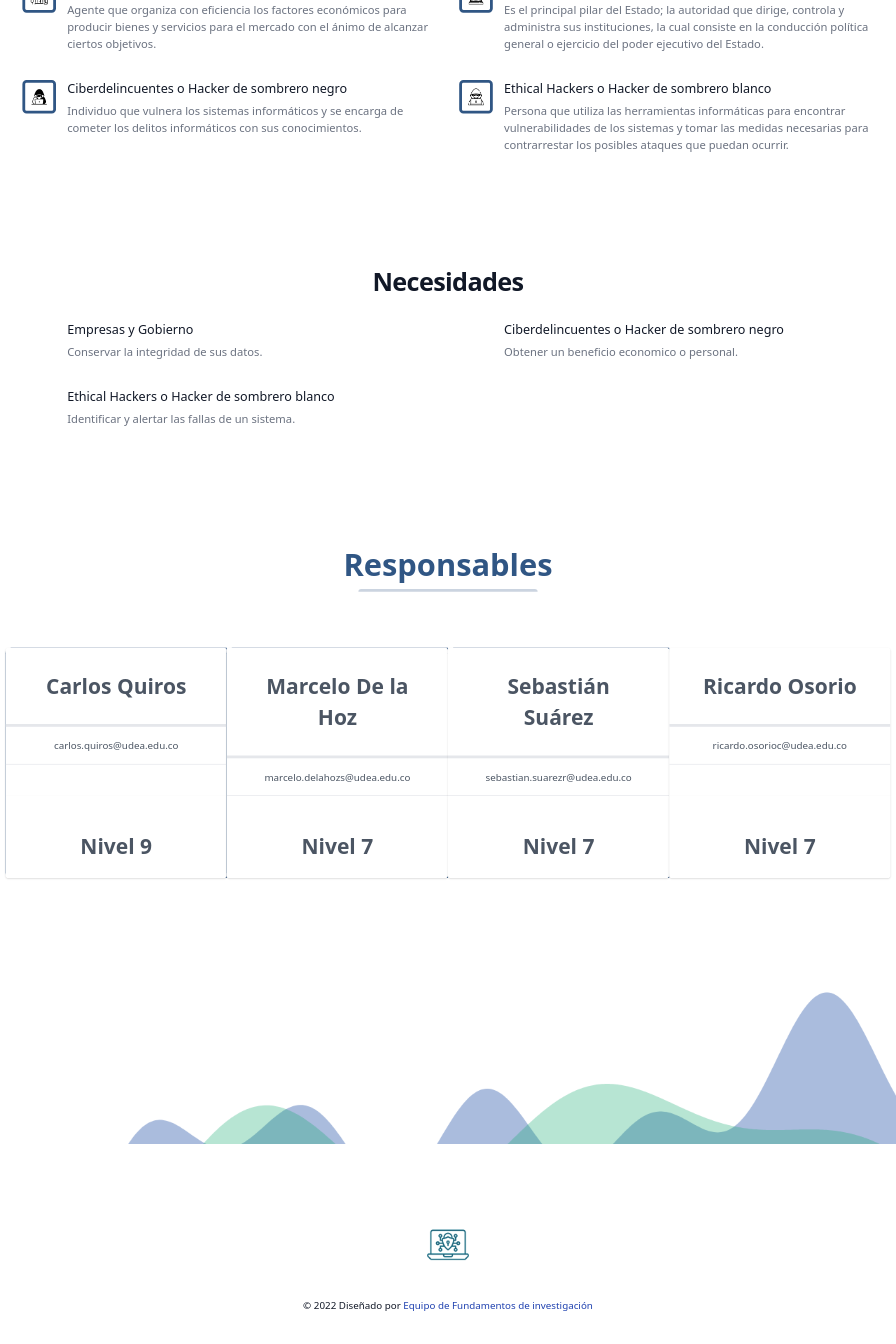
Repository: cardacar/fdi-2022
Page: /
The author's editor kept a copy of each file at every save. The page is drawn from the files as they stood at one save, then again after the next save.
The browser window is 1280 px wide. The pictures show the part of the page from y = 3186 to 5106 px (the page is 5106 px tall before and 5042 px after), at 70% of full size.
The project was rebuilt for these pictures with package versions that can differ from the ones it lists, and the page was loaded fresh each time. The framework's server and built-in components were replaced by stand-ins that run in the browser. Also part of the build but not shown: next.config.js.

Above is the page before, as saved 2022-08-07 16:13:25.

### src/pages/index.tsx
import React from 'react';

import About from '../components/About';
import Canvas from '../components/Canvas';
import Features from '../components/Features';
import Header from '../components/Header';
import LazyShow from '../components/LazyShow';
import MainHero from '../components/MainHero';
import MainHeroImage from '../components/MainHeroImage';
import Pricing from '../components/Pricing';
import Product from '../components/Product';
import Necesidad from '../components/Necesidad';

const App = () => {
  return (
    <div className={`bg-background grid gap-y-16 overflow-hidden`}>
      <div className={`relative bg-background`}>
        <div className="max-w-7xl mx-auto">
          <div
            className={`relative z-10 pb-8 bg-background sm:pb-16 md:pb-20 lg:max-w-2xl lg:w-full lg:pb-28 xl:pb-32`}
          >
            <Header />
            <MainHero />
          </div>
        </div>
        <MainHeroImage />
      </div>
      <Canvas />
      <LazyShow>
        <>
          <Product />
          <Canvas />
        </>
      </LazyShow>
      <LazyShow>
        <>
          <Features />

        </>
      </LazyShow>
      <LazyShow>
        <>
          <Necesidad />

        </>
      </LazyShow>

      <LazyShow>
        <Pricing />

      </LazyShow>
          <Canvas />
      <LazyShow>
        <>
          <About />
        </>
      </LazyShow>
    </div>
  );
};

export default App;

### src/styles/main.css
@tailwind base;
@tailwind components;
@tailwind utilities;


:root {
  --color-primary: #11626D;
  --color-secondary: #1F9BAD;
  --color-tertiaty: #99a0a3;
}

a {
  @apply text-blue-800;
}

a:hover {
  @apply border-b-2 border-blue-900;
}



.content p {
  @apply my-6;
}

.content ul {
  @apply my-6;
}

### src/utils/AppConfig.ts
export const AppConfig = {
  site_name: 'FDICIA',
  title: 'Cómo influye la Inteligencia Artificial a la ciberseguridad en las empresas Colombianas',
  description: '',
  locale: 'es',
};

### src/components/About.tsx
import React from 'react';

import config from '../config/index.json';

const About = () => {
  const { company } = config;
  const { logo, name: companyName } = company;


  return (
    <div
      id="about"
      className="mx-auto container xl:px-20 lg:px-12 sm:px-6 px-4 py-12"
    >
      <div className="flex flex-col items-center justify-center">
        <div>
          <img src={logo} alt={companyName} className="w-16 h-16" style={{color: 'red'}}/>
        </div>
        <div className="flex items-center mt-6">
          <p className="mt-6 text-xs lg:text-sm leading-none text-gray-900 dark:text-gray-50">
            &copy; {new Date().getFullYear()} Diseñado por{' '}
            <a href="#" rel="nofollow">
              Equipo de Fundamentos de investigación
            </a>
          </p>
        </div>
      </div>
    </div>
  );
};
export default About;

### src/components/Canvas.tsx
import { useRef, FC, useEffect, useState } from 'react';

import { CanvasContext } from '../hooks/useCanvas';
import useResponsiveSize from '../hooks/useResponsiveSize';
import Wave from './Wave';

const Canvas: FC = () => {
  const canvasRef = useRef<HTMLCanvasElement>(null);
  const { width } = useResponsiveSize();
  const [context, setContext] = useState<
    CanvasRenderingContext2D | undefined
  >();

  useEffect(() => {
    const ctx = canvasRef?.current?.getContext('2d');
    if (ctx) setContext(ctx);
  }, []);

  return (
    <>
      <CanvasContext.Provider value={{ context }}>
        <canvas id="canvas" ref={canvasRef} width={width} height={220}></canvas>
        <Wave />
      </CanvasContext.Provider>
    </>
  );
};

export default Canvas;

### src/components/Features.tsx
import React from 'react';

import config from '../config/index.json';

const Features = () => {
  const { features } = config;
  const { title, subtitle, description, items: featuresList } = features;
  return (
    <div className={`py-12 bg-background`} id="features">
      <div className="max-w-7xl mx-auto px-4 sm:px-6 lg:px-8">
        <div className="lg:text-center">
          <h2
            className={`text-base text-primary font-semibold tracking-wide uppercase`}
          >
            {title}
          </h2>
          <p className="mt-2 text-3xl leading-8 font-extrabold tracking-tight text-gray-900 sm:text-4xl">
            {subtitle}
          </p>
          <p className="mt-4 max-w-2xl text-xl text-gray-500 lg:mx-auto">
            {description}
          </p>
        </div>

        <div className="mt-10">
          <dl className="space-y-10 md:space-y-0 md:grid md:grid-cols-2 md:gap-x-8 md:gap-y-10">
            {featuresList.map((feature) => (
              <div key={feature.name} className="relative">
                <dt>
                  <div
                    className={`absolute flex items-center justify-center h-12 w-12 rounded-md bg-background text-tertiary border-primary border-4`}
                  >
                    <img
                      className={`inline-block h-6 w-6`}
                      src={feature.icon}
                      alt={feature.name}
                    />
                  </div>
                  <p className="ml-16 text-lg leading-6 font-medium text-gray-900">
                    {feature.name}
                  </p>
                </dt>
                <dd className="mt-2 ml-16 text-base text-gray-500">
                  {feature.description}
                </dd>
              </div>
            ))}
          </dl>
        </div>
      </div>
    </div>
  );
};

export default Features;

### src/components/Header.tsx
import React, { Fragment } from 'react';

import { Popover, Transition } from '@headlessui/react';
import { MenuIcon, XIcon } from '@heroicons/react/outline';
import { Link } from 'react-scroll';

import config from '../config/index.json';

const Menu = () => {
  const { navigation, company } = config;
  const { name: companyName, logo } = company;

  return (
    <>
      <svg
        className={`hidden lg:block absolute right-0 inset-y-0 h-full w-48 text-background transform translate-x-1/2`}
        fill="currentColor"
        viewBox="0 0 100 100"
        preserveAspectRatio="none"
        aria-hidden="true"
      >
        <polygon points="50,0 100,0 50,100 0,100" />
      </svg>

      <Popover>
        <div className="relative pt-6 px-4 sm:px-6 lg:px-8">
          <nav
            className="relative flex items-center justify-between sm:h-10 lg:justify-start"
            aria-label="Global"
          >
            <div className="flex items-center flex-grow flex-shrink-0 lg:flex-grow-0">
              <div className="flex items-center justify-between w-full md:w-auto">
                <a href="#">
                  <span className="sr-only">{companyName}</span>
                  <img alt="logo" className="h-16 w-auto sm:h-16" src={logo} />
                </a>
                <div className="-mr-2 flex items-center md:hidden">
                  <Popover.Button
                    className={`bg-background rounded-md p-2 inline-flex items-center justify-center text-gray-400 hover:text-gray-500 hover:bg-gray-100 focus:outline-none focus:ring-2 focus:ring-inset focus:ring-secondary`}
                  >
                    <span className="sr-only">Open main menu</span>
                    <MenuIcon className="h-6 w-6" aria-hidden="true" />
                  </Popover.Button>
                </div>
              </div>
            </div>
            <div className="hidden md:block md:ml-10 md:pr-4 md:space-x-8">
              {navigation.map((item) => (
                <Link
                  spy={true}
                  active="active"
                  smooth={true}
                  duration={1000}
                  key={item.name}
                  to={item.href}
                  className="font-medium text-gray-500 hover:text-gray-900"
                >
                  {item.name}
                </Link>
              ))}
            </div>
          </nav>
        </div>

        <Transition
          as={Fragment}
          enter="duration-150 ease-out"
          enterFrom="opacity-0 scale-95"
          enterTo="opacity-100 scale-100"
          leave="duration-100 ease-in"
          leaveFrom="opacity-100 scale-100"
          leaveTo="opacity-0 scale-95"
        >
          <Popover.Panel
            focus
            className="absolute z-10 top-0 inset-x-0 p-2 transition transform origin-top-right md:hidden"
          >
            <div
              className={`rounded-lg shadow-md bg-background ring-1 ring-black ring-opacity-5 overflow-hidden`}
            >
              <div className="px-5 pt-4 flex items-center justify-between">
                <div>
                  <img className="h-8 w-auto" src={logo} alt="" />
                </div>
                <div className="-mr-2">
                  <Popover.Button
                    className={`bg-background rounded-md p-2 inline-flex items-center justify-center text-gray-400 hover:text-gray-500 hover:bg-gray-100 focus:outline-none focus:ring-2 focus:ring-inset focus:ring-secondary`}
                  >
                    <span className="sr-only">Close main menu</span>
                    <XIcon className="h-6 w-6" aria-hidden="true" />
                  </Popover.Button>
                </div>
              </div>
              <div className="px-2 pt-2 pb-3 space-y-1">
                {navigation.map((item) => (
                  <Link
                    spy={true}
                    active="active"
                    smooth={true}
                    duration={1000}
                    key={item.name}
                    to={item.href}
                    className="block px-3 py-2 rounded-md text-base font-medium text-gray-700 hover:text-gray-900 hover:bg-gray-50"
                  >
                    {item.name}
                  </Link>
                ))}
              </div>

            </div>
          </Popover.Panel>
        </Transition>
      </Popover>
    </>
  );
};

export default Menu;

### src/components/LazyShow.tsx
import React, { MutableRefObject, useEffect, useRef, useState } from 'react';

import { motion, useAnimation } from 'framer-motion';

function useOnScreen(
  ref: MutableRefObject<HTMLDivElement | null>,
  rootMargin = '0px'
) {
  const [isIntersecting, setIntersecting] = useState(false);

  useEffect(() => {
    let currentRef: any = null;
    const observer = new IntersectionObserver(
      ([entry]) => {
        if (entry?.isIntersecting) setIntersecting(entry?.isIntersecting);
      },
      {
        rootMargin,
      }
    );
    if (ref && ref?.current) {
      currentRef = ref.current;
      observer.observe(currentRef);
    }
    return () => {
      observer.unobserve(currentRef);
    };
  }, [ref, rootMargin]); // Empty array ensures that effect is only run on mount and unmount

  return isIntersecting;
}

const LazyShow = ({ children }: { children: React.ReactChild }) => {
  const controls = useAnimation();
  const rootRef = useRef<HTMLDivElement>(null);
  const onScreen = useOnScreen(rootRef);
  useEffect(() => {
    if (onScreen) {
      controls.start({
        x: 0,
        opacity: 1,
        transition: {
          duration: 0.5,
          ease: 'easeOut',
        },
      });
    }
  }, [onScreen, controls]);
  return (
    <motion.div
      className="lazy-div"
      ref={rootRef}
      initial={{ opacity: 0, x: -50 }}
      animate={controls}
    >
      {children}
    </motion.div>
  );
};

export default LazyShow;

### src/components/MainHero.tsx
import React from 'react';

import config from '../config/index.json';

const MainHero = () => {
  const { mainHero } = config;
  return (
    <main className="mt-10 mx-auto max-w-7xl px-4 sm:mt-12 sm:px-6 md:mt-16 lg:mt-20 lg:px-8 xl:mt-28">
      <div className="sm:text-center lg:text-left">
        <h1 className="text-4xl tracking-tight font-extrabold text-gray-900 sm:text-5xl md:text-6xl">
          <span className="block xl:inline">{mainHero.title}</span>{' '}
          <span className={`block text-primary xl:inline`}>
            {mainHero.subtitle}
          </span>
        </h1>
        <p className="mt-3 text-base text-gray-500 sm:mt-5 sm:text-lg sm:max-w-xl sm:mx-auto md:mt-5 md:text-xl lg:mx-0">
          {mainHero.description}
        </p>
      </div>
    </main>
  );
};

export default MainHero;

### src/components/Product.tsx
import React from "react";

import config from "../config/index.json";
import Divider from "./Divider";

const Product = () => {
  const { product } = config;
  const [firstItem, secondItem] = product.items;

  return (
    <section className={`bg-background py-8`} id="product">
      <div className={`container max-w-5xl mx-auto m-8`}>
        <h1
          className={`w-full my-2 text-5xl font-bold leading-tight text-center text-primary`}
        >
          {product.title.split(" ").map((word, index) => (
            <span
              key={index}
              className={index % 2 ? "text-primary" : "text-border"}
            >
              {word}{" "}
            </span>
          ))}
        </h1>
        <Divider />
        <div className={`flex flex-wrap`}>
          <div className={`w-5/6 sm:w-1/2 p-6 mt-20`}>
            <h3
              className={`text-3xl text-gray-800 font-bold leading-none mb-3`}
            >
              {firstItem?.title}
            </h3>
            <p className={`text-gray-600`}>{firstItem?.description}</p>
          </div>
          <div className={`w-full sm:w-1/2 p-6`}>
            <img
              className="h-6/6"
              src={firstItem?.img}
              alt={firstItem?.title}
            />
          </div>
        </div>
        <div className={`flex flex-wrap flex-col-reverse sm:flex-row`}>
          <div className={`w-full sm:w-1/2 p-6`}>
            <img
              className="h-6/6"
              src={secondItem?.img}
              alt={secondItem?.title}
            />
          </div>
          <div className={`w-full sm:w-1/2 p-6 mt-20`}>
            <div className={`align-middle`}>
              <h3
                className={`text-3xl text-gray-800 font-bold leading-none mb-3`}
              >
                {secondItem?.title}
              </h3>
              <p className={`text-gray-600 mb-8`}>{secondItem?.description}</p>
            </div>
          </div>
          <div className={`w-full p-6 mt-20 text-center`}>
            <div className={`align-middle`}>
              <h3
                className={`text-3xl text-gray-800 font-bold leading-none mb-3`}
              >
              </h3>
              <p className={`text-gray-600 mb-8 text-justify`}>
                Con el incremento en la cantidad de información que se maneja en
                la red en especial a nivel empresarial, se ve la necesidad de
                gestionar y controlar la seguridad de toda esta, velando por la
                automatización de muchos de estos procesos, para asi no agobiar
                y mantener al personal concentrado en los casos mas importante.
                Aqui es donde entra la inteligencia artificial,siendo una
                herramienta que permite la constante actualización de su uso,
                permite asumir una gran cantidad de tareas a la hora de mantener
                la seguridad de la información.<br></br><br></br> En cuanto a generar las fallas
                de seguridad, las mismas características que hacen a las IA una
                de las mejores herramientas para proteger información, las
                vuelven a su vez las más óptimas para penetrar en los sistemas
                de seguridad, además de que estas tienen una ventaja, la cual es
                que tú como defensor no puedes fallar nunca, pero como atacante
                no importa cuantas veces falles, dado que con solo una victoria,
                es la derrota total para la seguridad del sistema. Al ser las IA
                capaz de evolucionar con cada intento, las que tendrían más
                capacidad de desarrollo a lo largo del tiempo será la del
                atacante.
              </p>
            </div>
          </div>
        </div>
      </div>
    </section>
  );
};

export default Product;

### src/components/Necesidad.tsx
import React from 'react';

import config from '../config/index.json';

const Necesidad = () => {
  const { Necesidad } = config;
  const { title, subtitle, description, items: featuresList } = Necesidad;
  return (
    <div className={`py-12 bg-background`} id="necesidad">
      <div className="max-w-7xl mx-auto px-4 sm:px-6 lg:px-8">
        <div className="lg:text-center">
          <h2
            className={`text-base text-primary font-semibold tracking-wide uppercase`}
          >
            {title}
          </h2>
          <p className="mt-2 text-3xl leading-8 font-extrabold tracking-tight text-gray-900 sm:text-4xl">
            {subtitle}
          </p>
          <p className="mt-4 max-w-2xl text-xl text-gray-500 lg:mx-auto">
            {description}
          </p>
        </div>

        <div className="mt-10">
          <dl className="space-y-10 md:space-y-0 md:grid md:grid-cols-2 md:gap-x-8 md:gap-y-10">
            {featuresList.map((feature) => (
              <div key={feature.name} className="relative">
                <dt>
                  <p className="ml-16 text-lg leading-6 font-medium text-gray-900">
                    {feature.name}
                  </p>
                </dt>
                <dd className="mt-2 ml-16 text-base text-gray-500">
                  {feature.description}
                </dd>
              </div>
            ))}
          </dl>
        </div>
      </div>
    </div>
  );
};

export default Necesidad;

### src/components/Wave.tsx
import { FC } from 'react';

import { useCanvasContext } from '../hooks/useCanvas';
import useResponsiveSize from '../hooks/useResponsiveSize';
import WaveObj from '../utils/wave';

const Wave: FC = () => {
  const { context } = useCanvasContext();
  const { width } = useResponsiveSize();
  const height = 600;
  let frequency = 0.013;
  const waves = {
    frontWave: new WaveObj([0.0211, 0.028, 0.015], 'rgb(44, 89, 171, 0.4)'),
    backWave: new WaveObj([0.0122, 0.018, 0.005], 'rgb(17, 169, 111, 0.3)'),
  };

  const render = () => {
    context?.clearRect(0, 0, width, height);
    Object.entries(waves).forEach(([, wave]) => {
      wave.draw(context!, width, height, frequency);
    });
    frequency += 0.013;
    requestAnimationFrame(render);
  };
  if (context) render();
  return null;
};

export default Wave;

Loaded but not shown: src/pages/_app.tsx (common file); src/pages/_document.tsx (common file); src/components/MainHeroImage.tsx (common file); src/hooks/useCanvas.ts (common file); src/hooks/useResponsiveSize.ts (common file); src/components/Divider.tsx (common file); src/utils/wave.ts (common file); src/config/index.json (126 lines, source omitted); tailwind.config.js (46 lines, source omitted); src/components/Pricing.tsx (156 lines, source omitted)

After the next save:
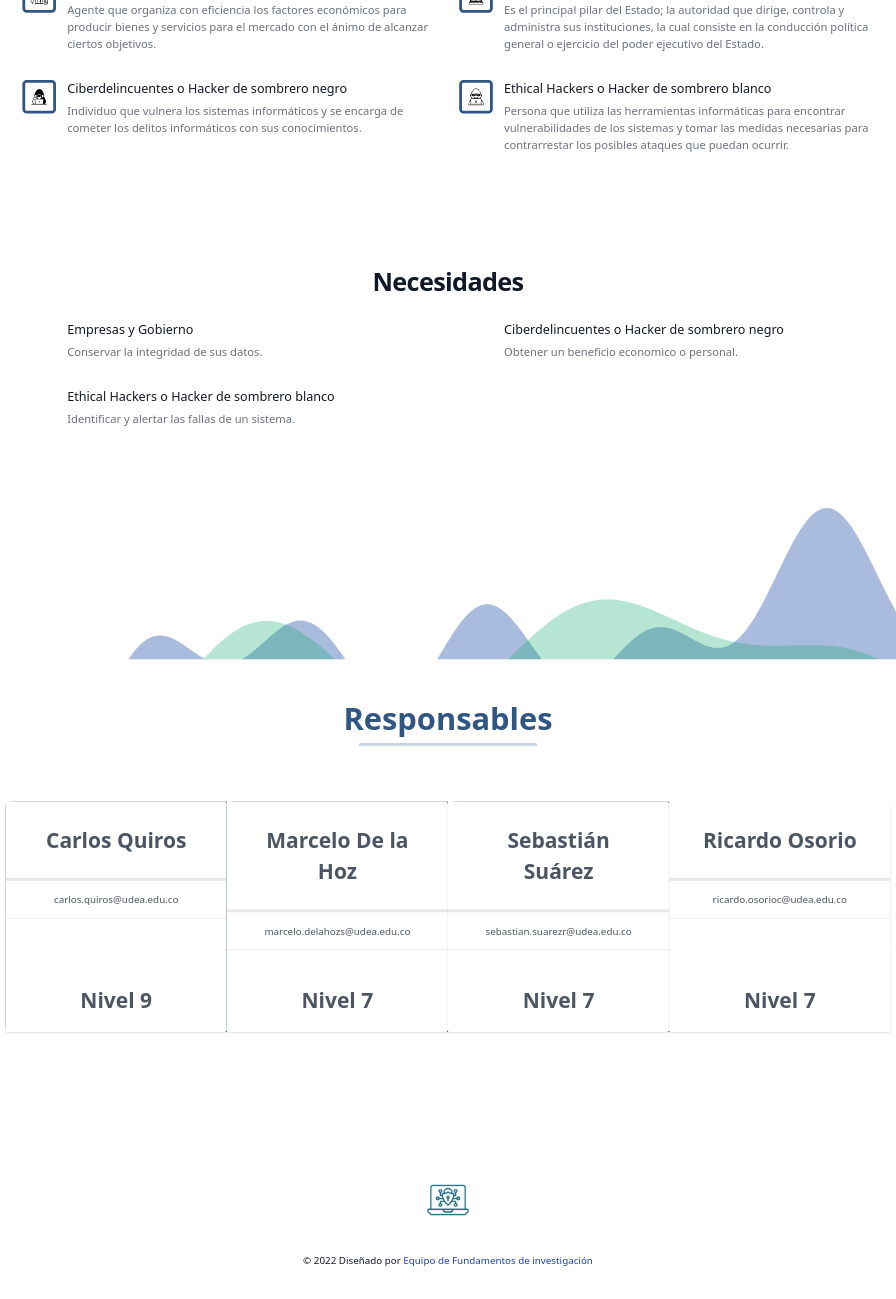
Saved 34 s later.
--- a/src/pages/index.tsx
+++ b/src/pages/index.tsx
@@ -46,10 +46,12 @@ const App = () => {
       </LazyShow>
 
       <LazyShow>
+        <>
+          <Canvas />
+
         <Pricing />
-
+        </>
       </LazyShow>
-          <Canvas />
       <LazyShow>
         <>
           <About />
